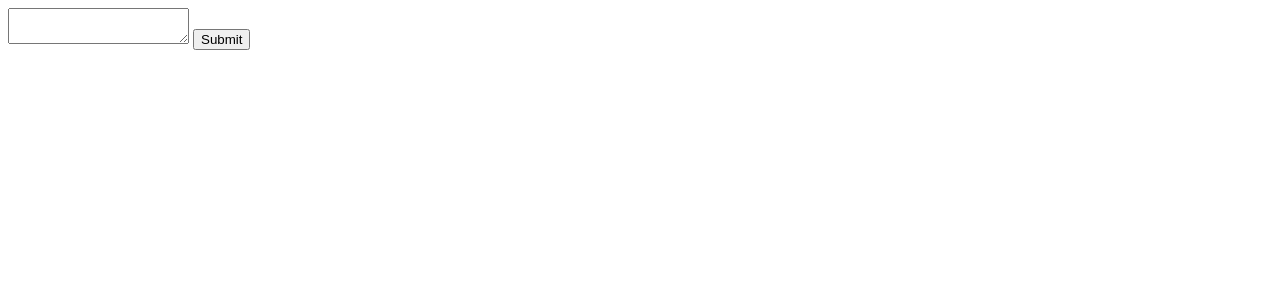
Repository: pixman92/Sounds-per-Letter
Page: index.html
An editor plug-in stored every save of this project. The page is shown before and after a run of saves, followed by the edit.
The browser window is 1280 px wide. The pictures show the whole page.

Above is the page before, as saved 2020-04-29 12:52:38.

### index.html
<!DOCTYPE html>
<html>
<head>
    <meta charset='utf-8'>
    <meta http-equiv='X-UA-Compatible' content='IE=edge'>
    <title>Sounds Per Letter</title>
    <meta name='viewport' content='width=device-width, initial-scale=1'>
    <!-- <link rel='stylesheet' type='text/css' media='screen' href='main.css'> -->
    <script src='script.js'></script>
    <script src="howler.js"></script>

    <style>
        #toBeParsed{
            width: ;
        }
    </style>

</head>
<body>

    <textarea id="toBeParsed"></textarea>
    <button id="parseMe">Submit</button>
</body>
</html>

### script.js
window.onload = ()=>{
  var alphabet =   ["a", "b", "c", "d", "e", "f", "g", "h", "i", "j", "k", "l", "m", "n", "o", "p", "q", "r", "s", "t", "u", "v", "w", "x", "y", "z"];


    if(localStorage.getItem('savedText')){
        document.getElementById('toBeParsed').value = localStorage.getItem('savedText')
    }

    document.getElementById('parseMe').addEventListener('click', ()=>{
        localStoreText();
        splitMe(document.getElementById('toBeParsed').value);
    });


//   var soundPath = './Sounds/Sound-Effects/shortSounds/';
//   var arrayOfSounds = ["AirGunDrill_S08IN.25.wav", "ArrowImpactHuman_S08WA.4.4", "BloodGutsSpill_S08HO.3", "BulletFlyBy_S08WA.18.wav", "BulletFlyBy_S08WA.22.wav", "CatMeow_S08AN.44.wav", "DropSingleDrip_S08WR.47.wav", "DropSingleDrip_S08WR.49.wav", "FireballBurst_S08FI.28.wav", "FleshStab_S08HO.100.wav", "GolfClubSwing_S08SP.410.wav", "HumanGrunt_S08HU.271.wav", "HumanGrunt_S08HU.286.wav", "HumanKiss_S08HU.312.wav", "HumanSigh_S08HU.455.wav", "HumanSlurp_S08HU.465.wav", "ImpactGlass_S08IM.303.wav", "ImpactHumanBody_S08IM.327.wav", "ImpactHumanHit_S08IM.330.wav", "ImpactHumanSmack_S08IM.336.wav", "PinballBumper_S08SP.564.wav", "PinballBumper_S08SP.566.wav", "PREL_HIT WARBLE_PO01.238.wav", "SciFiLaser_S08SF.357.wav", "SciFiWhoosh_S08SF.1684.wav", "SemiTruckHorn_S08IN.866.wav"];


}

autoUnlock = true;


function playMeNow(letter){
    var arrayOfSounds = ["AirGunDrill_S08IN.25.wav", "ArrowImpactHuman_S08WA.4.4", "BloodGutsSpill_S08HO.3", "BulletFlyBy_S08WA.18.wav", "BulletFlyBy_S08WA.22.wav", "CatMeow_S08AN.44.wav", "DropSingleDrip_S08WR.47.wav", "DropSingleDrip_S08WR.49.wav", "FireballBurst_S08FI.28.wav", "FleshStab_S08HO.100.wav", "GolfClubSwing_S08SP.410.wav", "HumanGrunt_S08HU.271.wav", "HumanGrunt_S08HU.286.wav", "HumanKiss_S08HU.312.wav", "HumanSigh_S08HU.455.wav", "HumanSlurp_S08HU.465.wav", "ImpactGlass_S08IM.303.wav", "ImpactHumanBody_S08IM.327.wav", "ImpactHumanHit_S08IM.330.wav", "ImpactHumanSmack_S08IM.336.wav", "PinballBumper_S08SP.564.wav", "PinballBumper_S08SP.566.wav", "PREL_HIT WARBLE_PO01.238.wav", "SciFiLaser_S08SF.357.wav", "SciFiWhoosh_S08SF.1684.wav", "SemiTruckHorn_S08IN.866.wav"];
    var soundPath = './Sounds/Sound-Effects/shortSounds/';

    if(letter=='a'){
        var soundA = new Howl({
            src: [soundPath + arrayOfSounds[0]]
        });

        var idA = soundA.play();
    }

    if(letter=='b'){
        var soundB = new Howl({
            src: [soundPath + arrayOfSounds[1]]
        });
        var idB = soundB.play();

    }

    if(letter=='c'){
        var soundC = new Howl({
            src: [soundPath + arrayOfSounds[2]]
        });
        var idC = soundC.play();

    }
    if(letter=='d'){
        var soundD = new Howl({
            src: [soundPath + arrayOfSounds[3]]
        });
        var idD = soundD.play();

    }
    if(letter=='e'){
        var soundE = new Howl({
            src: [soundPath + arrayOfSounds[4]]
        });
        var idE = soundE.play();

    }
    if(letter=='f'){
        var soundF = new Howl({
            src: [soundPath + arrayOfSounds[5]]
        });
        var idF = soundF.play();

    }
    if(letter=='g'){
        var soundG = new Howl({
            src: [soundPath + arrayOfSounds[6]]
        });
        var idG = soundG.play();

    }
    if(letter=='h'){
        var soundH = new Howl({
            src: [soundPath + arrayOfSounds[7]]
        });
        var idH = soundH.play();

    }
    if(letter=='i'){
        var soundI = new Howl({
            src: [soundPath + arrayOfSounds[8]]
        });
        var idI = soundI.play();

    }
    if(letter=='j'){
        var soundJ = new Howl({
            src: [soundPath + arrayOfSounds[9]]
        });
        var idJ = soundJ.play();

    }
    if(letter=='k'){
        var soundK = new Howl({
            src: [soundPath + arrayOfSounds[10]]
        });
        var idK = soundK.play();

    }
    if(letter=='l'){
        var soundL = new Howl({
            src: [soundPath + arrayOfSounds[11]]
        });
        var idL = soundL.play();

    }
    if(letter=='m'){
        var soundM = new Howl({
            src: [soundPath + arrayOfSounds[12]]
        });
        var idM = soundM.play();

    }
    if(letter=='n'){
        var soundN = new Howl({
            src: [soundPath + arrayOfSounds[13]]
        });
        var idN = soundN.play();

    }
    if(letter=='o'){
        var soundO = new Howl({
            src: [soundPath + arrayOfSounds[14]]
        });
        var idO = soundO.play();

    }
    if(letter=='p'){
        var soundP = new Howl({
            src: [soundPath + arrayOfSounds[15]]
        });
        var idP = soundP.play();

    }
    if(letter=='q'){
        var soundQ = new Howl({
            src: [soundPath + arrayOfSounds[16]]
        });
        var idQ = soundQ.play();

    }
    if(letter=='r'){
        var soundR = new Howl({
            src: [soundPath + arrayOfSounds[17]]
        });
        var idR = soundR.play();

    }
    if(letter=='s'){
        var soundS = new Howl({
            src: [soundPath + arrayOfSounds[18]]
        });
        var idS = soundS.play();

    }
    if(letter=='t'){
        var soundT = new Howl({
            src: [soundPath + arrayOfSounds[19]]
        });
        var idT = soundT.play();

    }
    if(letter=='u'){
        var soundU = new Howl({
            src: [soundPath + arrayOfSounds[20]]
        });
        var idU = soundU.play();

    }
    if(letter=='v'){
        var soundV = new Howl({
            src: [soundPath + arrayOfSounds[21]]
        });
        var idV = soundV.play();

    }
    if(letter=='w'){
        var soundW = new Howl({
            src: [soundPath + arrayOfSounds[22]]
        });
        var idW = soundW.play();

    }
    if(letter=='x'){
        var soundX = new Howl({
            src: [soundPath + arrayOfSounds[23]]
        });
        var idX = soundX.play();

    }
    if(letter=='y'){
        var soundY = new Howl({
            src: [soundPath + arrayOfSounds[24]]
        });
        var idY = soundY.play();

    }
    if(letter=='z'){
        var soundZ = new Howl({
            src: [soundPath + arrayOfSounds[25]]
        });
        var idZ = soundZ.play();

    }


}

//========================================
var splitStr=[];
async function  splitMe(stringMe) {
    splitStr = stringMe.split("");

    console.log('splitStr', splitStr);
    for(var i=0; i<splitStr.length; i++){
        await wait(750).then(()=>{});
        playMeNow(splitStr[i]);

    }

}

function localStoreText(){
    localStorage.setItem("savedText", document.getElementById('toBeParsed').value);
}


//=====================================================
function wait(timout){
    return new Promise(resolve=>setTimeout(resolve, timout));
}

Loaded but not shown: howler.js (2520 lines, source omitted)

After the next 2 saves:
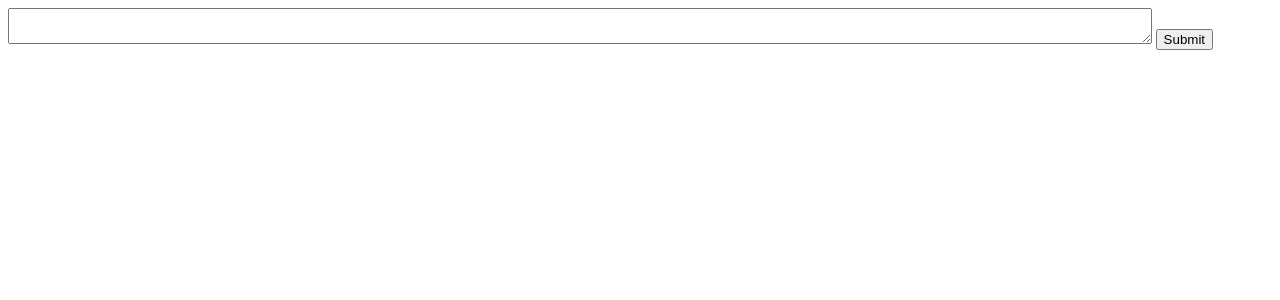
The 2 saves are shown as one change because they came seconds apart.
The last was saved 9 s later.
--- a/index.html
+++ b/index.html
@@ -11,7 +11,8 @@
 
     <style>
         #toBeParsed{
-            width: ;
+            width: 90%;
+            height: ;
         }
     </style>
 
